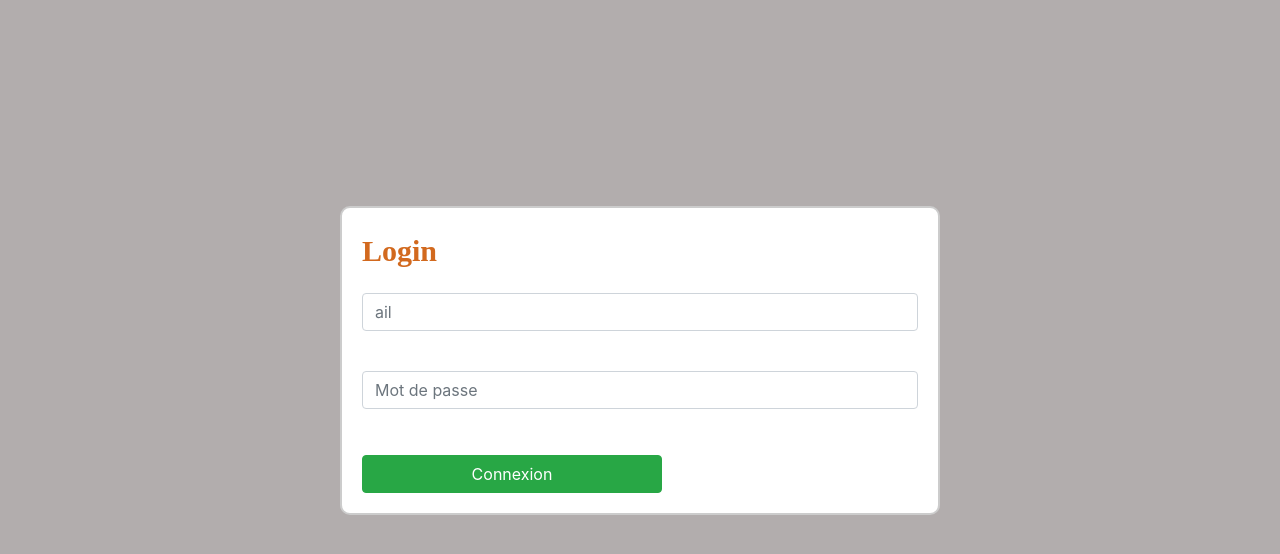
Repository: DiaryRz/FrontWeb
Page: /
The author's editor kept a copy of each file at every save. The page is drawn from the files as they stood at one save, then again after the next save.
The browser window is 1280 px wide. The pictures show the whole page.
The project was rebuilt for these pictures with package versions that can differ from the ones it lists, and the page was loaded fresh each time. Also part of the build but not shown: src/component/css/Header.css, src/component/Header.jsx, src/page/css/AppAffichage.css, src/component/css/NavBar.css, src/component/NavBar.jsx, src/component/css/Model.css, src/component/InsertModel.jsx, src/page/AppAffichage.jsx and 26 more.

Above is the page before, as saved 2024-01-28 21:03:29.

### src/App.js
import AppAffichage from './page/AppAffichage';
import Liste from './page/Carburant';
import InsertionBoiteDeVitesse from './page/BoiteDeVitesse';
import InsertionLieu from './page/Lieu';
import InsertionMarque from './page/Marque';
import ListeDesLieux from './page/SelectLieu';
import Login from './component/Login';
import InsertionCategorie from './component/InsertionCategorie';
import ListeCarburant from './page/ListeCarburant';
import ListeCategorie from './page/ListeCategorie';
import Recherche from './page/Recherche';
import AnnonceAValider from './page/AnnonceAValiderPage';
import Chart from './page/ChartPage';
import { BrowserRouter, Route, Routes } from 'react-router-dom';
import ListeDesVit from './page/ListeBoiteDeVitessePage';
import ListeDesMar from './page/ListeMarquePage';

function App() {
  return (
    <div className="App">
      <BrowserRouter>
        <Routes>
          <Route path='/' element = {<Login/> }></Route>
          <Route path='/insertionModel' element={ <AppAffichage /> }></Route>     {/* Insertion model */}
          <Route path='/InsertionCarburant' element={ <Liste /> }></Route>
          <Route path='/InsertionBoiteDeVitesse' element={ <InsertionBoiteDeVitesse /> }></Route>
          <Route path='/InsertionLieu' element={ <InsertionLieu /> }></Route>
          <Route path='/InsertionMarque' element={ <InsertionMarque /> }></Route>
          <Route path='/SelectLieu' element={ <ListeDesLieux /> }></Route>
          <Route path='/insertionCategorie' element = {<InsertionCategorie/> }></Route>
          <Route path='/ListeCarburant' element = {<ListeCarburant/> }></Route>
          <Route path='/Recherche' element = {<Recherche/> }></Route>
          <Route path='/ListeCategorie' element = {<ListeCategorie/> }></Route>
          <Route path='/ListeBoiteVitesse' element = {<ListeDesVit/> }></Route>
          <Route path='/ListeMarque' element = {<ListeDesMar/> }></Route>
          <Route path='/AnnonceAValider' element = {<AnnonceAValider/> }></Route>
          <Route path='/statistic' element = {<Chart/> }></Route>
        </Routes>
      </BrowserRouter>
    </div>
  );
}

export default App;

### src/component/Login.js
import React, { useState } from 'react';
import { useNavigate } from 'react-router-dom';


 /* Login.css */
 const loginContainer = {
    display:'flex',
    justifyContent: 'center',
    alignItems: 'center',
    height: '100vh',
    background: '#b2adad',
};


const loginForm = {
    width: '600px',
    padding: '20px',
    border: '2px solid #ccc',
    borderRadius:'10px',
    backgroundColor: 'white',

};

const Login = () => {
    const [nomUtilisateur, setnomUtilisateur] = useState('');
    const [mdp, setmdp] = useState('');
    const navigate = useNavigate();

    const Inserer = async (e) => {
        e.preventDefault();
        const lieu = { nomUtilisateur, mdp };

        try {
            const response = await fetch('http://localhost:8081/utilisateurs/verifierUser', {
                method: 'POST',
                headers: { 'Content-Type': 'application/json' },
                body: JSON.stringify(lieu),
            });

            if (!response.ok) {
                throw new Error(`Erreur lors de la requête : ${response.status}`);
            } else {
                const responseData = await response.text();

                localStorage.setItem("token", responseData);
                console.log(localStorage.getItem("token"));
                navigate('/insertionModel');
            }
        } catch (error) {
            console.error('Une erreur s\'est produite lors de la requête :', error.message);
            // Vous pouvez ajouter ici la gestion de l'erreur, par exemple afficher un message à l'utilisateur.
        }
    };


    return (
        <form onSubmit={Inserer}>
           <div style={loginContainer}>
                    <form style={loginForm}>
                        <div style={{ fontSize: '30px',fontFamily:'serif', marginBottom: '20px' ,color:'chocolate'}}><b>Login</b></div>
                        <div className="mb-3">
                            <input type="email" className="form-control" placeholder="ail" value={nomUtilisateur} onChange={(e) => setnomUtilisateur(e.target.value)} />
                        </div>
                        <div className="mb-3" style={{marginTop:'40px'}}>
                            <input type="password" className="form-control" placeholder="Mot de passe" value={mdp} onChange={(e) => setmdp(e.target.value)} />
                        </div>
                        <button type="submit" className="btn btn-success" style={{width:'300px',marginTop:'30px'}}>
                            Connexion
                        </button>
                    </form>

                </div>
        </form>
    );
};

export default Login;

Loaded but not shown: public/index.html (common file); src/index.js (common file); src/index.css (common file); src/reportWebVitals.js (common file); src/assets/bootstrap/css/bootstrap.min.css (library)

After the next save:
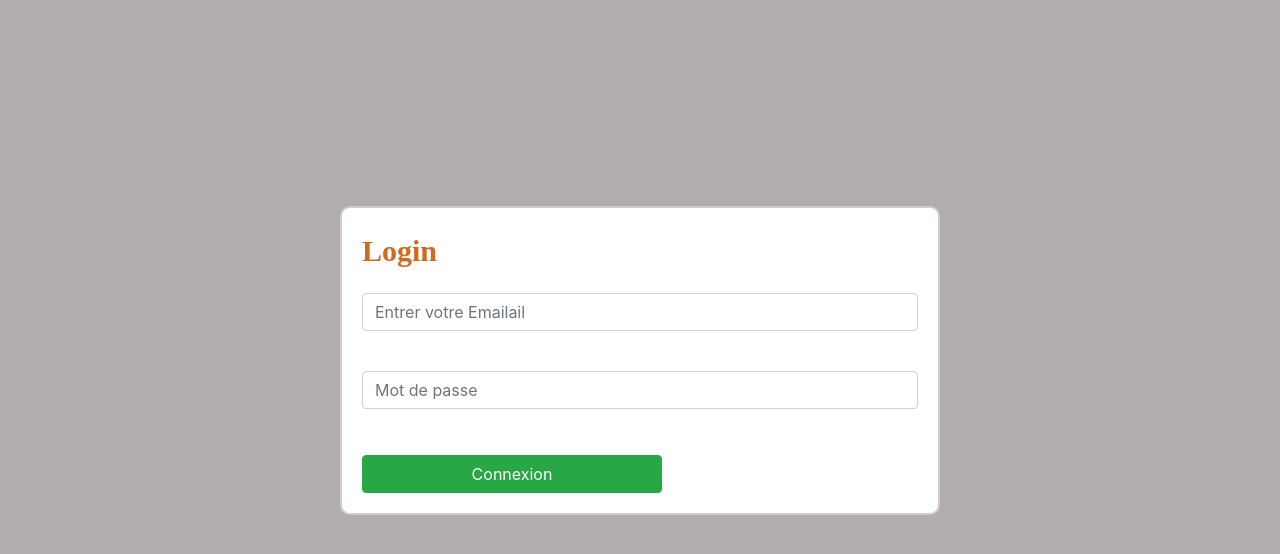
Saved 6 s later.
--- a/src/component/Login.js
+++ b/src/component/Login.js
@@ -59,7 +59,7 @@ const Login = () => {
                     <form style={loginForm}>
                         <div style={{ fontSize: '30px',fontFamily:'serif', marginBottom: '20px' ,color:'chocolate'}}><b>Login</b></div>
                         <div className="mb-3">
-                            <input type="email" className="form-control" placeholder="ail" value={nomUtilisateur} onChange={(e) => setnomUtilisateur(e.target.value)} />
+                            <input type="email" className="form-control" placeholder="Entrer votre Emailail" value={nomUtilisateur} onChange={(e) => setnomUtilisateur(e.target.value)} />
                         </div>
                         <div className="mb-3" style={{marginTop:'40px'}}>
                             <input type="password" className="form-control" placeholder="Mot de passe" value={mdp} onChange={(e) => setmdp(e.target.value)} />
